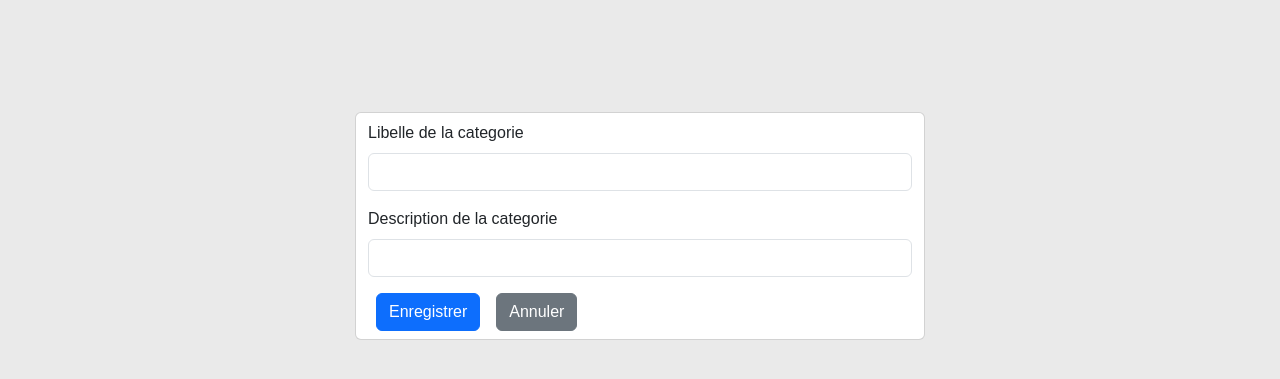
Repository: abdoulkarim20/model-gestion-produit-java-react
Page: /create-categorie
These files come from the project's save history. The page is drawn as it stood at one moment and after the next save; the edit follows.
The browser window is 1280 px wide. The pictures show the whole page.
The project was rebuilt for these pictures with package versions that can differ from the ones it lists, and the page was loaded fresh each time. Also part of the build but not shown: vite.config.ts, src/components/categories/CategorieTable.tsx.

Above is the page before, as saved 2024-07-20 03:08:03.

### index.html
<!doctype html>
<html lang="en">

<head>
  <meta charset="UTF-8" />
  <link rel="icon" type="image/svg+xml" href="/vite.svg" />
  <meta name="viewport" content="width=device-width, initial-scale=1.0" />
  <title>Gestion des produits</title>
</head>

<body>
  <div id="root"></div>
  <script type="module" src="/src/main.tsx"></script>
</body>

</html>

### src/main.tsx
import React from 'react'
import ReactDOM from 'react-dom/client'
import './App.css'
import { RouterProvider } from 'react-router-dom'
import { router } from './router/Routes'

ReactDOM.createRoot(document.getElementById('root')!).render(
  <React.StrictMode>
    <RouterProvider router={router} />
  </React.StrictMode>,
)

### src/App.css
* {
    margin: 0;
    padding: 0;
    box-sizing: border-box;
    font-family: 'Nunito Sans', sans-serif;
}

body {
    background-color: #EAEAEA !important;
}

.container-style {
    margin-top: 7em;
}

.button-ajouter-style {
    margin-top: 2rem;
    margin-bottom: 1rem;
    display: flex;
    justify-content: center;
    align-items: center;
    height: 40px;
    width: auto;
    padding: 1rem;
    border-radius: 8px;
    border: none;
    background: #0B5ED7;
    color: white;
}

.form-class-div {
    width: 80%;
}

### src/router/Routes.tsx
import { createBrowserRouter, RouteObject } from "react-router-dom";
import App from "../App";
import CategorieForm from "../components/categories/CategorieForm";
import CategorieTable from "../components/categories/CategorieTable";

export const routes: RouteObject[] = [
    {
        path: '/',
        element: <App />,
        children: [
            {
                path: 'create-categorie', element: <CategorieForm key='create' />
            },
            {
                path: 'update-categorie/:id', element: <CategorieForm key='update' />
            },
            {
                path: '*', element: <CategorieTable />
            }
        ]
    }
]
export const router = createBrowserRouter(routes)

### src/App.tsx
import './App.css'
import './../node_modules/bootstrap/dist/css/bootstrap.min.css'
import { Outlet, useLocation } from 'react-router-dom'
import CategorieTable from './components/categories/CategorieTable';

function App() {
  const location = useLocation();
  return (
    <>
      {
        location.pathname === '/' ? <CategorieTable /> : (
          <div className='container-style'>
            <Outlet />
          </div>
        )
      }
    </>
  )
}

export default App

### src/components/categories/CategorieForm.tsx
import { useEffect, useState } from "react";
import { useNavigate, useParams } from "react-router-dom"
import { CategorieDTO } from "../../models/categorie/categorieDTO";
import apiConnexion from "../../api/apiConnexion";

export default function CategorieForm() {
    const { id } = useParams();
    const navigate = useNavigate();

    const [categorie, setCategorie] = useState<CategorieDTO>({
        id: undefined,
        libelle: '',
        descrition: ''
    })

    useEffect(() => {
        if (id) {
            apiConnexion.getCategorieDetail(id).then(categorie => setCategorie(categorie!));
        }
    }, [id]);

    function handleSubmit() {
        if (!categorie.id) {
            apiConnexion.createCategorie(categorie).then(() => navigate('/'));
        } else {
            apiConnexion.updateCategorie(categorie).then(() => navigate('/'));
        }
    }

    return (
        <>
            <div className="container">
                <div className="row">
                    <div className="col-md-6 offset-md-3 card py-2">
                        <form className="form-style">
                            <div className="mb-3">
                                <label htmlFor="exampleInputEmail1" className="form-label">Libelle de la categorie</label>
                                <input type="email" className="form-control" id="exampleInputEmail1" aria-describedby="emailHelp" />
                            </div>
                            <div className="mb-3">
                                <label htmlFor="exampleInputPassword1" className="form-label">Description de la categorie</label>
                                <input type="password" className="form-control" id="exampleInputPassword1" />
                            </div>
                            <button type="submit" className="btn btn-primary mx-2">Enregistrer</button>
                            <button type="reset" className="btn btn-secondary mx-2">Annuler</button>
                        </form>
                    </div>
                </div>
            </div>
        </>
    )
}

### src/api/apiConnexion.ts
import axios, { AxiosResponse } from "axios";
import { CategorieDTO } from "../models/categorie/categorieDTO";
import { API_BASE_URL } from "../../config.ts";

const apiConnexion = {

    getAllCategories: async (): Promise<CategorieDTO[]> => {
        try {
            const response: AxiosResponse<CategorieDTO[]> = await axios.get(`${API_BASE_URL}/categories/liste`);
            const categories = response.data.map((categorie: CategorieDTO) => ({
                ...categorie
            }));
            return categories;

        } catch (error) {
            console.log("Error lors de la recuperation de la liste des categories d'un produit", error);
            throw error;
        }
    },
    createCategorie: async (categorie: CategorieDTO): Promise<CategorieDTO> => {
        try {
            const response = await axios.post<CategorieDTO>(`${API_BASE_URL}/save-categorie`, categorie);
            return response.data;
        } catch (error) {
            console.log("Erreur lors de la creation d'une categorie", error);
            throw error;
        }
    },
    updateCategorie: async (categorie: CategorieDTO): Promise<CategorieDTO> => {
        try {
            const response = await axios.put<CategorieDTO>(`${API_BASE_URL}/update-categorie/${categorie.id}`, categorie);
            return response.data;
        } catch (error) {
            console.log("Erreur lors de la mise a jour d'une categorie", error);
            throw error;
        }
    },
    deleteCategorie: async (id: number): Promise<void> => {
        try {
            await axios.delete<number>(`${API_BASE_URL}/categories/delete-categorie/${id}`)
        } catch (error) {
            console.log("Erreur lors de la suppression d'une categorie", error);
            throw error;
        }
    },
    getCategorieDetail: async (id: string): Promise<CategorieDTO | undefined> => {
        try {
            const response = await axios.get<CategorieDTO>(`${API_BASE_URL}/detail-categorie/${id}`)
            return response.data;
        } catch (error) {
            console.log("Erreur lors de la recuperation du detail d'une categorie", error);
            throw error;
        }
    }
}

export default apiConnexion;

### config.ts
export const API_BASE_URL = 'http://localhost:8086';

After the next save:
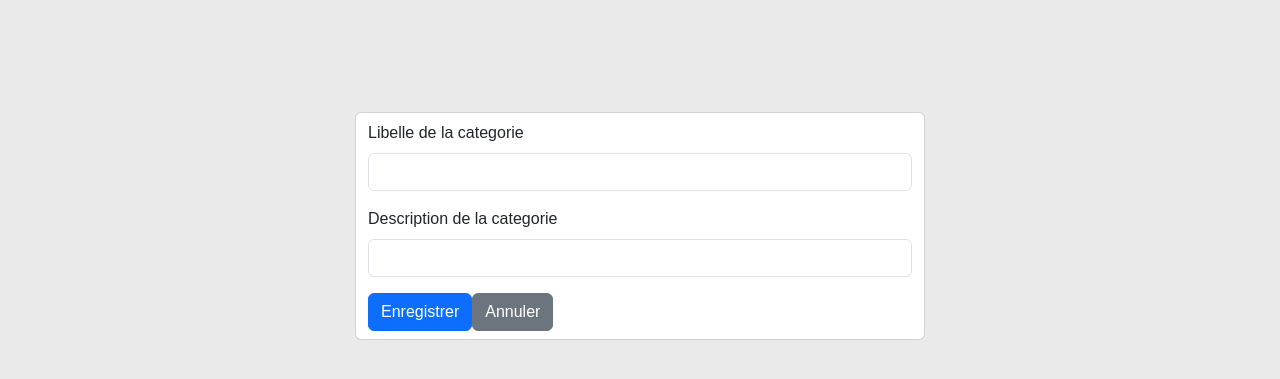
Saved 12 s later.
--- a/src/components/categories/CategorieForm.tsx
+++ b/src/components/categories/CategorieForm.tsx
@@ -41,8 +41,8 @@ export default function CategorieForm() {
                                 <label htmlFor="exampleInputPassword1" className="form-label">Description de la categorie</label>
                                 <input type="password" className="form-control" id="exampleInputPassword1" />
                             </div>
-                            <button type="submit" className="btn btn-primary mx-2">Enregistrer</button>
-                            <button type="reset" className="btn btn-secondary mx-2">Annuler</button>
+                            <button type="submit" className="btn btn-primary">Enregistrer</button>
+                            <button type="reset" className="btn btn-secondary">Annuler</button>
                         </form>
                     </div>
                 </div>
